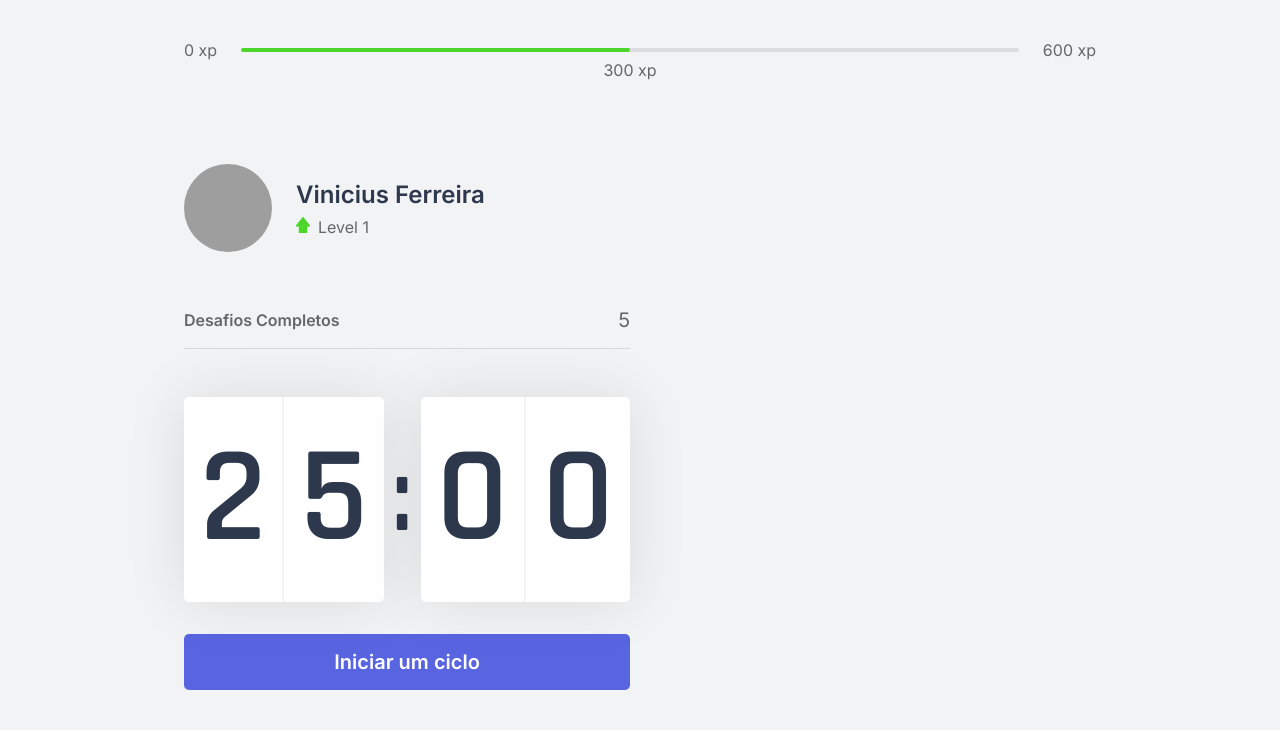
Repository: viniciusfg05/nlwFocus
Page: /
The author's editor kept a copy of each file at every save. The page is drawn from the files as they stood at one save, then again after a run of saves.
The browser window is 1280 px wide. The pictures show the whole page.
Pictures or frames that could not be fetched are drawn as grey boxes. The project was rebuilt for these pictures with package versions that can differ from the ones it lists, and the page was loaded fresh each time. The framework's server and built-in components were replaced by stand-ins that run in the browser.

Above is the page before, as saved 2022-02-28 09:34:01.

After the next 2 saves:
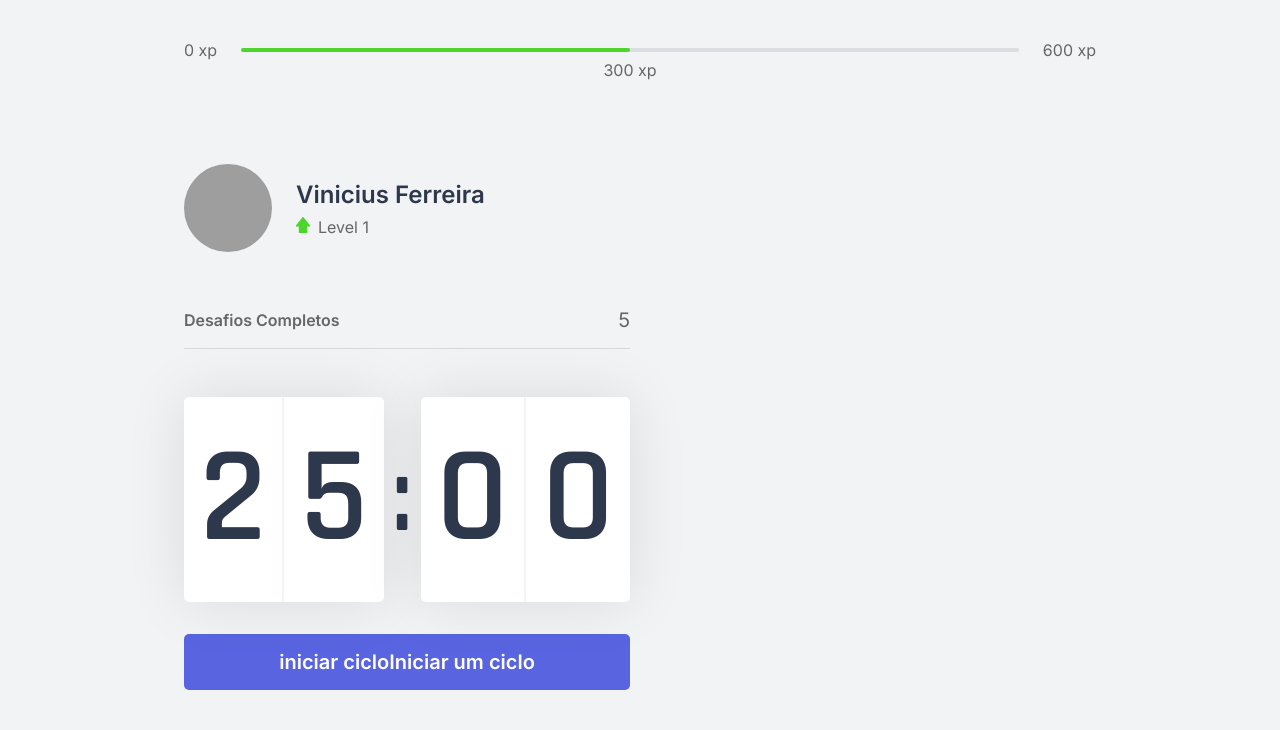
The 2 saves are shown as one change because 1 did not build or start.
The last was saved 117 s later.
--- a/src/components/CountDown.tsx
+++ b/src/components/CountDown.tsx
@@ -45,6 +45,7 @@ export function CountDown() {
         className={styles.CountdownButton}
         onClick={startCoutDown}
         >
+            { isActive ? "Abondonar ciclo" : "iniciar ciclo"}
             Iniciar um ciclo
         </button>
         </div>
